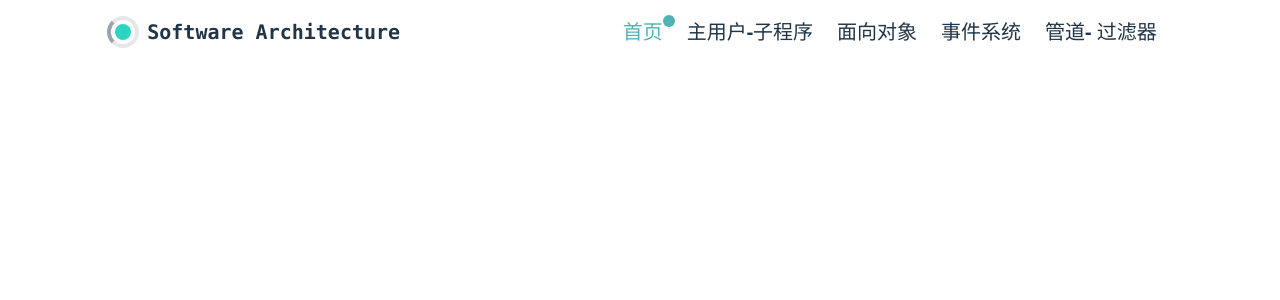
Repository: MarchRory/software_architecture_lab2
Page: / (app in lab2/)
These files come from the project's save history. The page is drawn as it stood at one moment and after the next save; the edit follows.
The browser window is 1280 px wide. The pictures show the whole page.
The project was rebuilt for these pictures with package versions that can differ from the ones it lists, and the page was loaded fresh each time. Also part of the build but not shown: lab2/vite.config.ts. Imported but missing from the stored project, and not drawn on this page: lab2/src/views/OOP/index.vue, lab2/src/views/PipFilter/index.vue, lab2/src/views/eventSys/index.vue, lab2/src/views/mainChild/index.vue.

Above is the page before, as saved 2023-11-16 13:09:08.

### lab2/index.html
<!doctype html>
<html lang="en">
  <head>
    <meta charset="UTF-8" />
    <link rel="icon" type="image/svg+xml" href="/vite.svg" />
    <meta name="viewport" content="width=device-width, initial-scale=1.0" />
    <title>经典软件体系结构</title>
  </head>
  <body>
    <div id="app"></div>
    <script type="module" src="/src/main.ts"></script>
  </body>
</html>

### lab2/src/main.ts
import { createApp } from 'vue'
import './style.css'
import './style/index.css'
import router from '@/router/index'
import App from './App.vue'
import "tailwindcss/tailwind.css"

createApp(App).use(router).mount('#app')

### lab2/src/style.css
:root {
  font-family: Inter, system-ui, Avenir, Helvetica, Arial, sans-serif;
  line-height: 1.5;
  font-weight: 400;

  color-scheme: light dark;
  color: rgba(255, 255, 255, 0.87);
  background-color: #242424;

  font-synthesis: none;
  text-rendering: optimizeLegibility;
  -webkit-font-smoothing: antialiased;
  -moz-osx-font-smoothing: grayscale;
  -webkit-text-size-adjust: 100%;
}

a {
  font-weight: 500;
  color: #646cff;
  text-decoration: inherit;
}
a:hover {
  color: #535bf2;
}

body {
  margin: 0;
  display: flex;
  place-items: center;
  min-width: 320px;
  min-height: 100vh;
}

@media (prefers-color-scheme: light) {
  :root {
    color: #213547;
    background-color: #ffffff;
  }
  a:hover {
    color: #747bff;
  }
  button {
    background-color: #f9f9f9;
  }
}

### lab2/src/router/index.ts
import { createRouter, createWebHashHistory, RouteRecordRaw } from "vue-router";
export const routes: Array<RouteRecordRaw> = [
    {
        path: '/',
        name: 'hello',
        meta: {
            tabName: '主页'
        },
        component: () => import('@/layout/index.vue'),
        redirect: '/home',
        children: [
            {
                path: '/home',
                name: 'home',
                component: () => import('@/views/hello/index.vue'),
                meta: {
                    title: '首页'
                }
            }, {
                path: '/mainChild',
                name: 'mainChild',
                component: () => import('@/views/mainChild/index.vue'),
                meta: {
                    title: '主用户-子程序'
                }
            }, {
                path: 'OOP',
                name: "OOP",
                component: () => import('@/views/OOP/index.vue'),
                meta: {
                    title: '面向对象'
                }
            }, {
                path: '/eventSys',
                name: "eventSys",
                component: () => import("@/views/eventSys/index.vue"),
                meta: {
                    title: '事件系统'
                }
            }, {
                path: '/pipFilter',
                name: "pipFilter",
                component: () => import('@/views/PipFilter/index.vue'),
                meta: {
                    title: "管道- 过滤器"
                }
            }
        ]
    },
]

const router = createRouter({
    history: createWebHashHistory(),
    routes
})

export default router

### lab2/src/App.vue
<script setup lang="ts">
import { defineAsyncComponent } from 'vue';
import { useRouter } from 'vue-router'
const router = useRouter()
</script>

<template>
  <div id="app">
    <router-view></router-view>
  </div>
</template>

<style scoped>
#app{
  width: 100vw;
  height: 100vh;
}
</style>

### lab2/src/layout/index.vue
<script setup lang="ts">
import { defineAsyncComponent } from 'vue';
const Navbar = defineAsyncComponent(
    () => import('./navbar.vue')
)
</script>

<template>
    <div class="w-full h-full ">
        <Navbar />
        <router-view></router-view>
    </div>
</template>

### lab2/src/views/hello/index.vue
<script setup lang="ts">
</script>

<template>
    <div>

    </div>
</template>

<style scoped>

</style>

### lab2/src/layout/navbar.vue
<script setup lang="ts">
	import { useRouter, useRoute, RouteRecordRaw } from 'vue-router';
	import { routes } from '@/router';
	import { ref } from 'vue';
	const router = useRouter();
	const route = useRoute();
	const Navlist = ref();
	function initNav() {
		Navlist.value = routes[0].children?.map((route: RouteRecordRaw) => {
			return {
				path: route.path,
				title: route?.meta.title,
			};
		});
	}
	initNav();
</script>

<template>
	<div class="flex items-center justify-around w-full h-16">
		<ul class="flex items-center justify-start list-none">
			<li
				class="flex items-center justify-center w-8 h-8 border-4 rounded-full border-l-gray-400"
			>
				<div class="w-4 h-4 bg-teal-400 rounded-full"></div>
			</li>
			<li class="font-mono navFont">Software Architecture</li>
		</ul>
		<ul class="flex min-w-fit">
			<li
				class="mr-4 font-sans transition-all navFont"
				:class="[route.path == navItem.path ? 'active' : '']"
				v-for="(navItem, index) in Navlist"
				:key="index"
			>
				{{ navItem.title }}
			</li>
		</ul>
	</div>
</template>

<style scoped>
	.navFont {
		@apply ml-2 text-xl font-bold;
	}
	.active {
		color: rgb(80, 178, 178);
	}
	.active::before {
		display: block;
		content: '';
		position: absolute;
		width: 12px;
		height: 12px;
		border-radius: 50%;
		background-color: rgb(80, 178, 178);
		transform: translate(40px, -3px);
	}
</style>

Loaded but not shown: lab2/src/style/index.css (common file); lab2/tailwind.config.js (common file)

After the next save:
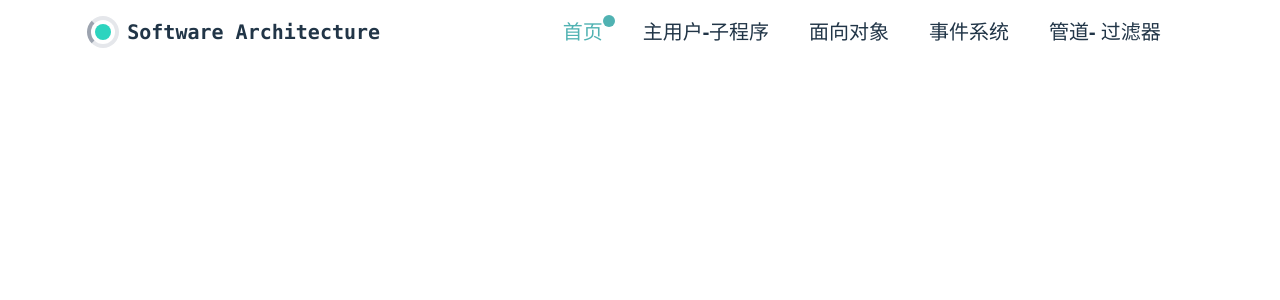
Saved 4 s later.
--- a/lab2/src/layout/navbar.vue
+++ b/lab2/src/layout/navbar.vue
@@ -28,7 +28,7 @@
 		</ul>
 		<ul class="flex min-w-fit">
 			<li
-				class="mr-4 font-sans transition-all navFont"
+				class="mr-8 font-sans transition-all navFont"
 				:class="[route.path == navItem.path ? 'active' : '']"
 				v-for="(navItem, index) in Navlist"
 				:key="index"
